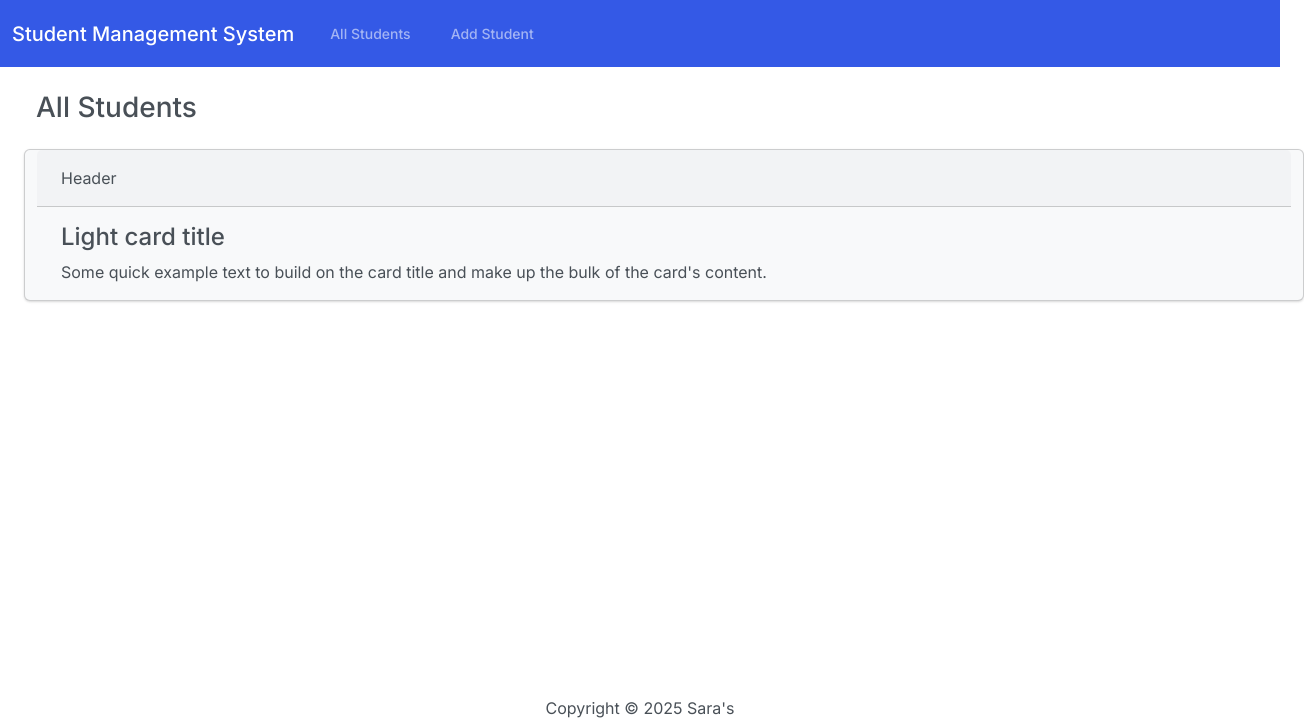
Repository: saraanbih/Student-Management-System
Page: http://localhost/
An editor plug-in stored every save of this project. The page is shown before and after the next save, followed by the edit.
The browser window is 1280 px wide. The page is 1304 px wide, so the pictures cover 1304 px, including what lies to the right of the window. The pictures show the whole page.
The page is served by the project's application, run on Django 5.2 (manage.py).

Above is the page before, as saved 2025-09-11 15:36:25.

After the next save:
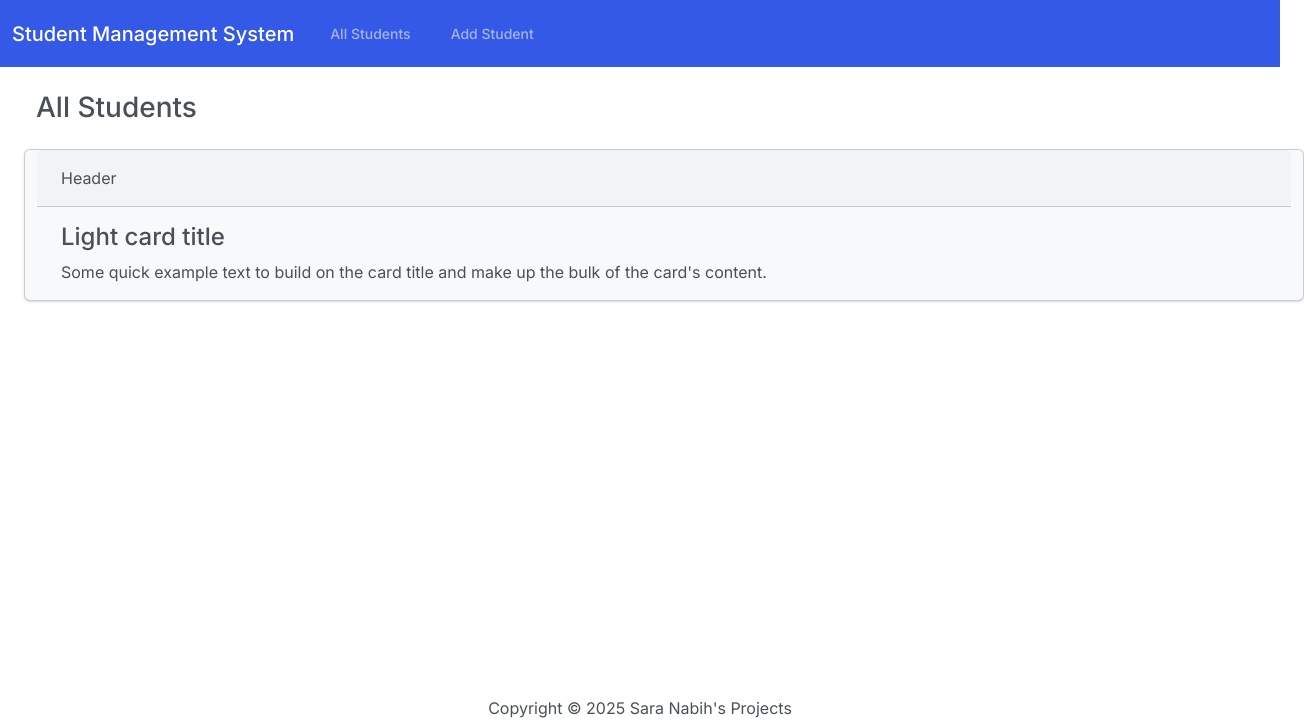
Saved 8 s later.
--- a/students/templates/students/index.html
+++ b/students/templates/students/index.html
@@ -53,7 +53,7 @@
     <footer class="mt-auto mp-4">
       <div class="text-center">
         <span>
-          Copyright &copy; <script>document.write(new Date().getFullYear())</script> Sara's
+          Copyright &copy; <script>document.write(new Date().getFullYear())</script> Sara Nabih's Projects
         </span>
       </div>
 
